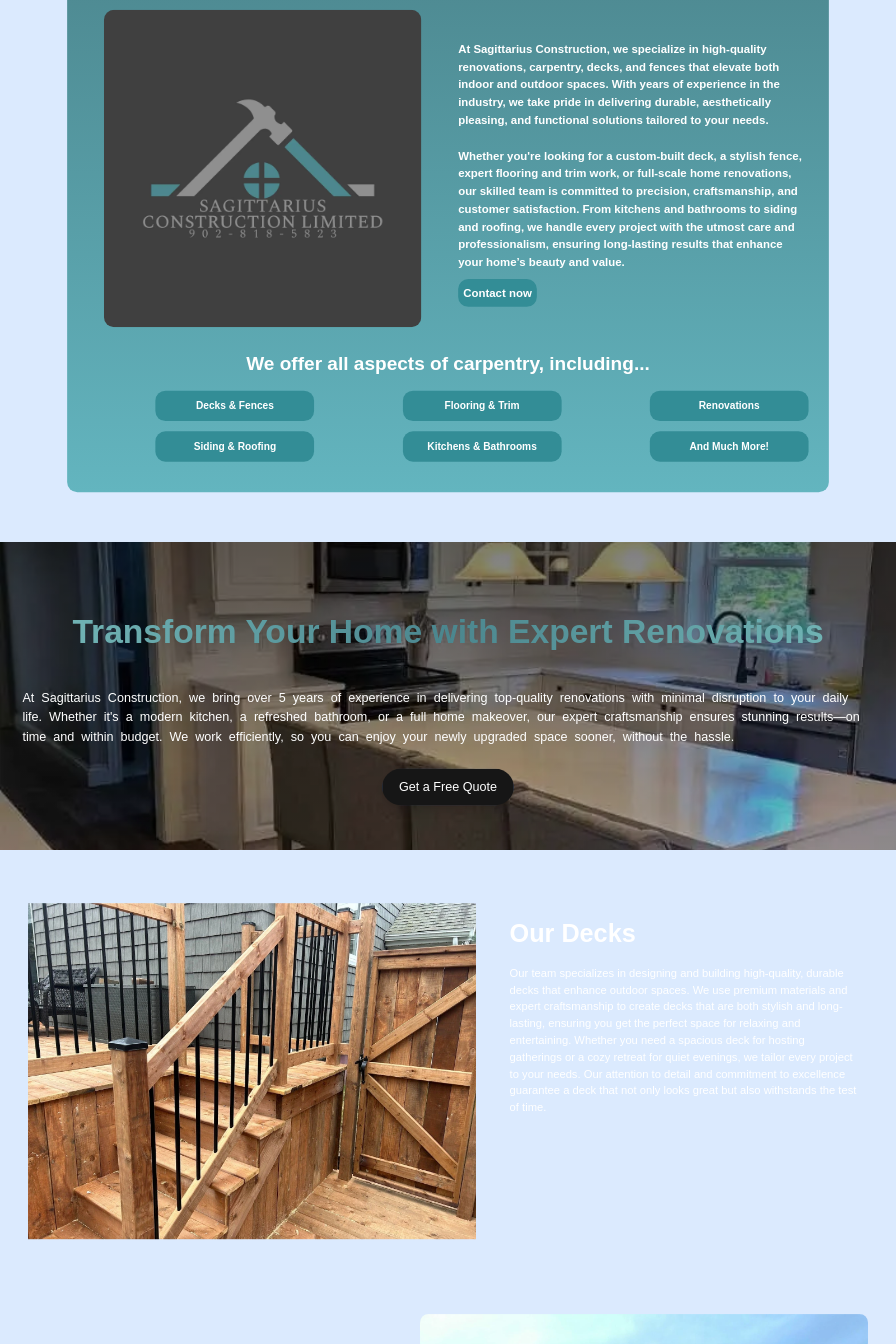
Repository: TMuse333/sagittarius
Page: / (app in frontend/)
An editor plug-in stored every save of this project. The page is shown before and after the next save, followed by the edit.
The browser window is 1280 px wide. The pictures show the part of the page from y = 865 to 2785 px (the page is 9780 px tall), at 70% of full size.
The project was rebuilt for these pictures with package versions that can differ from the ones it lists, and the page was loaded fresh each time. The framework's server and built-in components were replaced by stand-ins that run in the browser. Also part of the build but not shown: frontend/next.config.ts.

Above is the page before, as saved 2025-03-17 19:25:16.

After the next save:
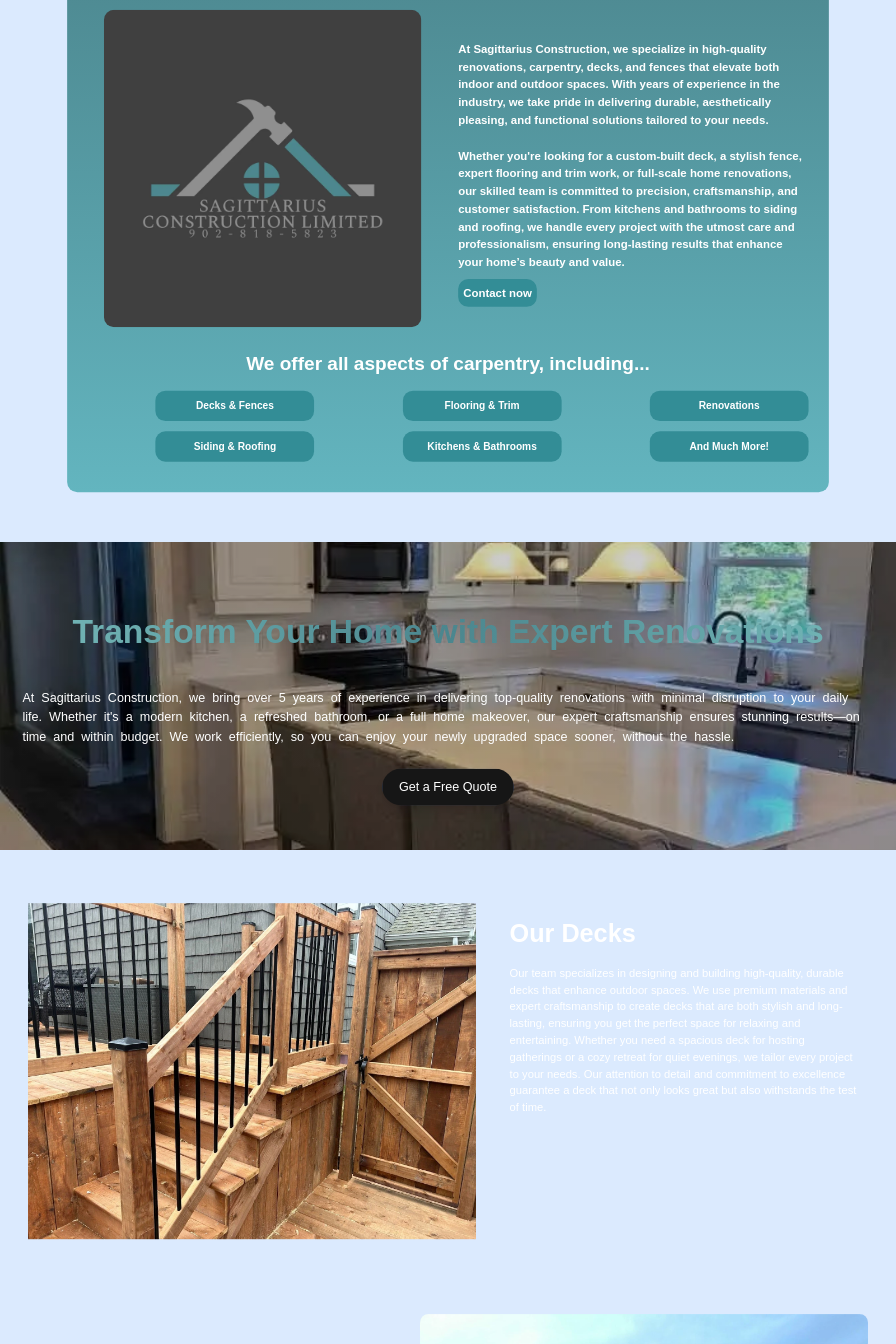
Saved 10 s later.
--- a/frontend/src/components/verticalImageText/verticalImageText.tsx
+++ b/frontend/src/components/verticalImageText/verticalImageText.tsx
@@ -114,7 +114,7 @@
     py-8
    "
    style={{
-    backgroundImage: `linear-gradient(rgba(0, 0, 0, 0.5), rgba(0, 0, 0, 0.2)), url(${bgImage.src})`,
+    backgroundImage: `linear-gradient(rgba(0, 0, 0, 0.2), rgba(0, 0, 0, 0.2)), url(${bgImage.src})`,
     backgroundSize: "cover", // Ensures the image covers the container
     backgroundPosition: "center", // Centers the image
   }}
